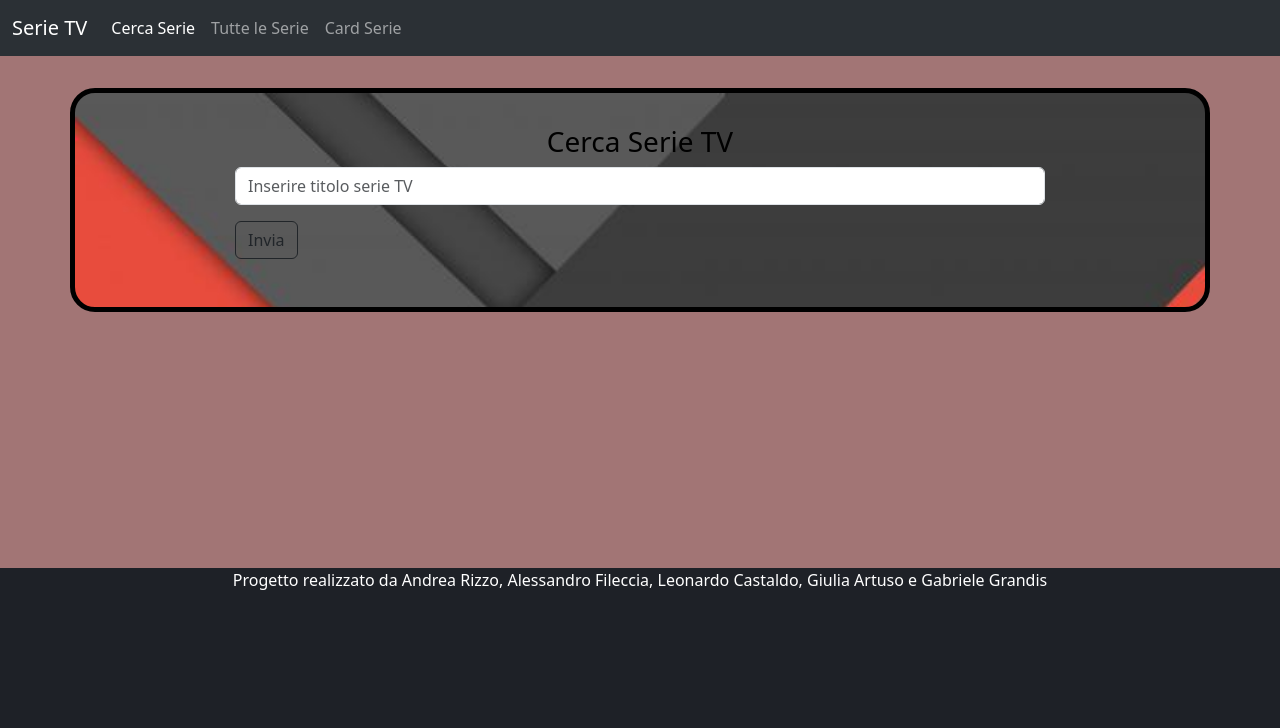
Repository: Adareen/spring
Page: ProgettoDiGruppo/src/main/resources/static/index.html
These files come from the project's save history. The page is drawn as it stood at one moment and after the next save; the edit follows.
The browser window is 1280 px wide. The pictures show the whole page.

Above is the page before, as saved 2024-03-07 08:59:27.

After the next save:
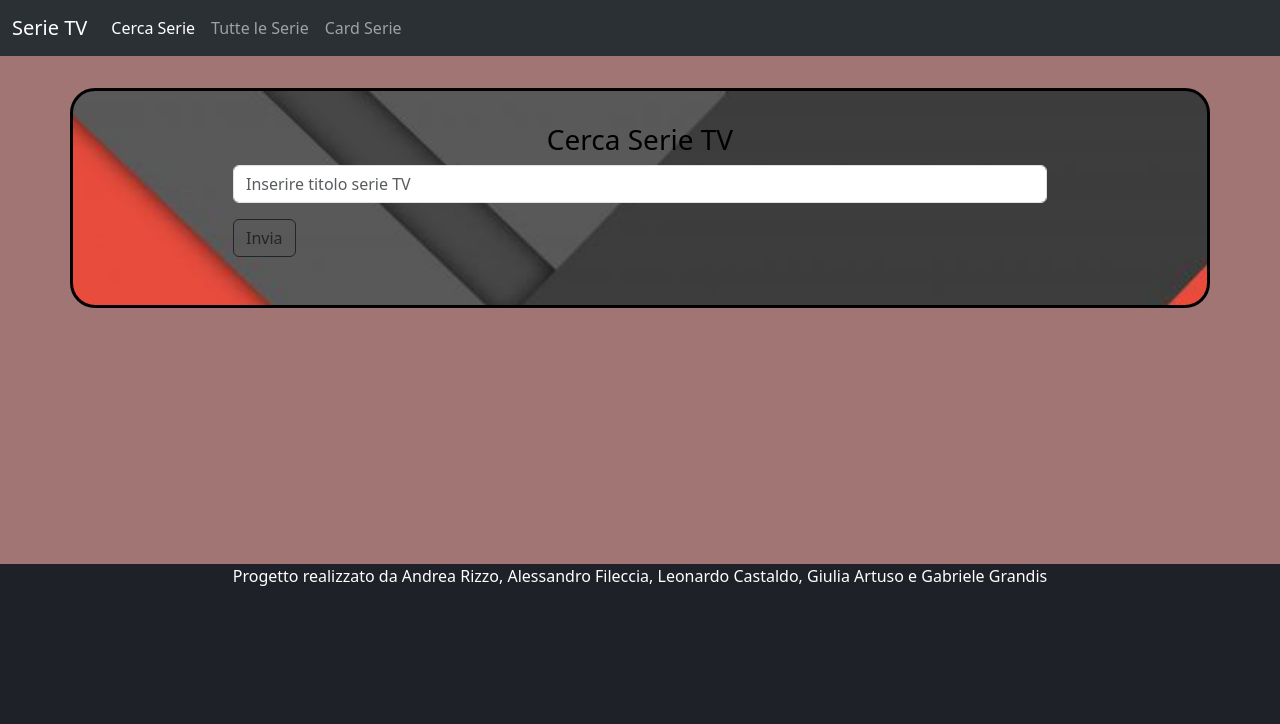
Saved 9 s later.
--- a/ProgettoDiGruppo/src/main/resources/static/index/style.css
+++ b/ProgettoDiGruppo/src/main/resources/static/index/style.css
@@ -16,7 +16,7 @@
   margin-bottom: 2rem;
   padding-bottom: 3rem;
 
-border: solid black 5px;
+border: solid black 3px;
   background-image: url(./img/sfondo.jpeg);
   background-size: cover;
 }
